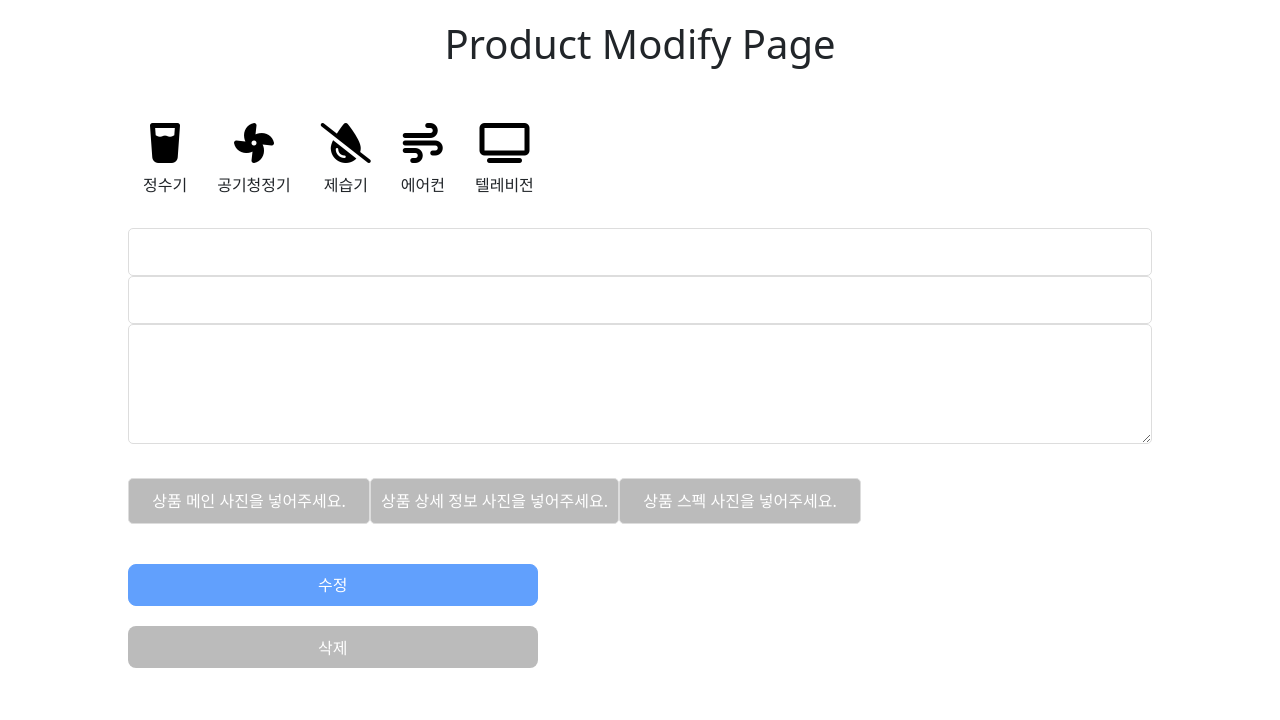
Repository: khr4162/ezen_final
Page: http://localhost/spring/WEB-INF/views/product/modify.jsp
An editor plug-in stored every save of this project. The page is shown before and after the next save, followed by the edit.
The browser window is 1280 px wide. The pictures show the whole page.
Some web libraries are served in a nearby version. The page is served by Tomcat 9. Nobody is signed in. Other server files are loaded and not shown. The template is opened directly, without the code that normally fills it, so the values that code supplies are empty.

Above is the page before, as saved 2023-07-31 05:22:09.

### spring/src/main/webapp/WEB-INF/views/product/modify.jsp
<%@ page language="java" contentType="text/html; charset=UTF-8"
    pageEncoding="UTF-8"%>
<%@ taglib uri="http://java.sun.com/jsp/jstl/core" prefix="c" %>
<%@ taglib uri="http://java.sun.com/jsp/jstl/functions" prefix="fn"%>
<!DOCTYPE html>
<html>
<head>
<meta charset="UTF-8">
<title>Product Modify Page</title>
<link rel="stylesheet" href="/resources/css/product/register.css">
<script src="https://kit.fontawesome.com/e927512ef5.js" crossorigin="anonymous"></script>
<link href="https://cdn.jsdelivr.net/npm/bootstrap@5.3.1/dist/css/bootstrap.min.css" rel="stylesheet" integrity="sha384-4bw+/aepP/YC94hEpVNVgiZdgIC5+VKNBQNGCHeKRQN+PtmoHDEXuppvnDJzQIu9" crossorigin="anonymous">
<script src="https://cdn.jsdelivr.net/npm/bootstrap@5.3.1/dist/js/bootstrap.bundle.min.js" integrity="sha384-HwwvtgBNo3bZJJLYd8oVXjrBZt8cqVSpeBNS5n7C8IVInixGAoxmnlMuBnhbgrkm" crossorigin="anonymous"></script>
</head>
<body>
	<h1>Product Modify Page</h1>
	 <form action="/product/modify" method="post" id="registerForm" class="was-validated" enctype="multipart/form-data">
        <div>
            <ul>
                <li class="product" data-value="정수기">
                    <div>
                        <i class="fa-solid fa-glass-water" style="color: #000000;"></i>
                        <div class="product-name">정수기</div>
                    </div>
                </li>
                <li class="product" data-value="공기청정기">
                    <div>
                        <i class="fa-solid fa-fan" style="color: #000000;"></i>
                        <div class="product-name">공기청정기</div>
                    </div>
                </li>
                <li class="product" data-value="제습기">
                    <div>
                        <i class="fa-solid fa-droplet-slash" style="color: #000000;"></i>
                        <div class="product-name">제습기</div>
                    </div>
                </li>
                <li class="product" data-value="에어컨">
                    <div>
                        <i class="fa-solid fa-wind" style="color: #000000;"></i>
                        <div class="product-name">에어컨</div>
                    </div>
                </li>
                <li class="product" data-value="텔레비전">
                    <div>
                        <i class="fa-solid fa-tv" style="color: #000000;"></i>
                        <div class="product-name">텔레비전</div>
                    </div>
                </li>
            </ul>
        </div>
        <input type="hidden" name="type_a" id="mySelection">
        <p id="type_aError" class="error" style="color: red; display: none;">제품 카테고리를 입력해주세요.</p>
       <br>
       <input name="pno" value="${product.pvo.pno }" type="hidden">
       <input name="pname" value="${product.pvo.pname }" readonly="readonly"> <br><br>
       <p id="pnameError" class="error" style="color: red; display: none;">제품명을 입력해주세요.</p>
       <input id="priceInput" name="price" value="${product.pvo.price }"> <br><br>
       <p id="priceError" class="error" style="color: red; display: none;">숫자만 입력해주세요.</p>
       <textarea name="content" cols="50" rows="10">${product.pvo.content }</textarea> <br>
       <div id="allDiv">
	       <div class="fileDiv">
		       <input type="file" id="files" name="files" style="display: none" class="form-control" aria-label="file example" required> <br>
		       <button type="button" id="trigger">상품 메인 사진을 넣어주세요.</button> <br>
		   	   <c:set value="${product.flist}" var="flist"/>
		       <div id="fileZone">
		    		<li>
		    			<c:forEach items="${flist }" var="file">
		    				<c:if test="${file.fileCategoryNum == 0}">
		        				<img alt="image" src="/upload/${fn:replace(file.save_dir, '\\','/') }/${file.uuid}_th_${file.file_name}">
		        				<button type="button" class="file-x" data-uuid="${file.uuid }">X</button>
		        			</c:if>
		    			</c:forEach>
		    		</li>
				</div>
	    	</div>
		   <div id="fileDiv">
			   <input type="file" id="files1" name="files" style="display: none" class="form-control" aria-label="file example" required> <br>
		       <button type="button" id="trigger1">상품 상세 정보 사진을 넣어주세요.</button> <br>
				 <div id="fileZone1">
		    		<li>
		        		<c:forEach items="${flist }" var="file">
		    				<c:if test="${file.fileCategoryNum == 1}">
		        				<img alt="image" src="/upload/${fn:replace(file.save_dir, '\\','/') }/${file.uuid}_th_${file.file_name}">
		        				<button type="button" class="file-x" data-uuid="${file.uuid }">X</button>
		        			</c:if>
		    			</c:forEach>
		    		</li>
				</div>
			</div>
			<div id="fileDiv">
			   <input type="file" id="files2" name="files" style="display: none" class="form-control" aria-label="file example" required> <br>
		       <button type="button" id="trigger2">상품 스펙 사진을 넣어주세요.</button> <br>
				 <div id="fileZone2">
		    		<li>
		        		<c:forEach items="${flist }" var="file">
		    				<c:if test="${file.fileCategoryNum == 2}">
		        				<img alt="image" src="/upload/${fn:replace(file.save_dir, '\\','/') }/${file.uuid}_th_${file.file_name}">
		        				<button type="button" class="file-x" data-uuid="${file.uuid }">X</button>
		        			</c:if>
		    			</c:forEach>
		    		</li>
				</div>
			</div>
		</div>
       <button onclick="validateButton(event)" id="modBtn" class="btn btn-primary" type="submit" disabled>수정</button>
    </form>
    <div>
		<form action="/product/delete" method="post">
		   <input name="pno" value="${product.pvo.pno }" type="hidden">
	       <button id="delBtn" type="submit">삭제</button>
		</form>
	</div>
	<script type="text/javascript" src="/resources/js/product/productModify.js"></script>
</body>
</html>

### spring/src/main/webapp/resources/css/product/register.css
body {
    font-family: 'Helvetica Neue', Helvetica, Arial, sans-serif;
    margin: 0;
    padding: 0;
    color: #333;
    background-color: #fff;
}

h1 {
    text-align: center;
    padding: 20px 0;
}

form, textarea, button {
    width: 80%;
    margin: 20px auto;
}

input, textarea, #trigger, #trigger1, #trigger2 {
    margin: 10px 0;
    padding: 10px;
    border: 1px solid #ddd;
    border-radius: 5px;
    width: 100%;
    font-size: 16px;
}

textarea {
    height: 120px;
}

ul {
    display: flex;
    flex-wrap: wrap;
    justify-content: space-evenly;
  	padding-left: 0 !important;
}

li {
    list-style: none;
    padding: 10px;
    margin: 5px 5px;
    text-align: center;
    flex-grow: 1;
}

.product-clicked {
    background-color: rgba(128, 128, 128, 0.5);
    padding: 10px;
    border-radius: 5px;
    animation: pop 0.6s;
    margin-top: -10px;
}

@keyframes pop {
    0% { transform: scale(1); }
    50% { transform: scale(1.1); }
    100% { transform: scale(1); }
}

i {
    font-size: 40px;
    display: block;
    margin-bottom: 10px;
    color: #555;
}

button {
    background-color: #bbb;
    color: #fff;
    border: none;
    padding: 10px 20px;
    text-align: center;
    font-size: 16px;
    cursor: pointer;
    border-radius: 5px;
    margin: 20px 0;
    transition: 0.3s;
    min-width: 242px;
    max-width: 440px;
}

button:hover {
    background-color: #999;
}

.center {
    text-align: center;
}

@media (max-width: 768px) {
    form, textarea, button {
        width: 90%;
    }

    i {
        font-size: 30px;
    }
}

#allDiv {
	display: flex;
	justify-content: space-around;
}

.fileDiv {
	flex-direction: column;
	align-items: center;
}

img {
	width: 240px;
	height: 240px;
}

#regBtn {
	display: flex;
	justify-content: center;
	margin: auto;
	width: 100%;
}

#modBtn, #delBtn {
	width: 40%;
	height: 42px;
	border-radius: 8px;
}

form {
    display: flex !important; /* Change to flex */
    justify-content: space-between; /* Add this line */
    flex-wrap: wrap; /* Add this line to wrap the elements if needed */
}

### spring/src/main/webapp/resources/js/product/productModify.js
//삭제
document.addEventListener('click', (e) => {
    if(e.target.classList.contains('file-x')) {
        let uuid = e.target.dataset.uuid;
        console.log(uuid);

        removeFileToServer(uuid).then(result => {
            console.log(result);
            alert('파일삭제' + (parseInt(result) > 0 ? "Success" : "Fail"));
            if(result > 0) {
                e.target.closest('li').remove();
            }
        })

    }
})

async function removeFileToServer(uuid) {
    try {
        const url = '/product/file/' + uuid;
        const config = {
            method: 'delete'
        }
        const resp = await fetch(url, config);
        const result = await resp.text();
        return result;
    } catch (error) {
        console.log(error);
    }
}

//수정
document.getElementById('trigger').addEventListener('click', () => {
    console.log("trigger");
    document.getElementById('files').click();
})

document.getElementById('trigger1').addEventListener('click', () => {
    console.log("trigger1");
    document.getElementById('files1').click();
})

document.getElementById('trigger2').addEventListener('click', () => {
    console.log("trigger2");
    document.getElementById('files2').click();
})

const regExp = new RegExp("\\.(exe|sh|bat|msi|dll|js)$");
const regExpImg = new RegExp("\\.(jpg|jpeg|png|gif|bmp)$");
const maxSize = 1024*1024*20;

function fileSizeValidation(fileName, fileSize) {
    if(regExp.test(fileName)) {
        return 0;
    } else if(fileSize > maxSize) {
        return 0;
    } else {
        return 1;
    }
}

document.addEventListener('change', (e) => {
    console.log(e.target);
    if(e.target.id=='files') {
        document.getElementById('modBtn').disabled=false;
        const fileObject = document.getElementById('files').files;
        console.log(fileObject);

        let div = document.getElementById('fileZone');
        div.innerHTML = '';
        let ul = `<ul>`;
        let isOk = 1;
        for(let file of fileObject) {
            console.log(file);
            let validResult = fileSizeValidation(file.name, file.size);
            isOk*=validResult;
            ul += `<li>`;
            ul += `${validResult ? '<div>업로드 가능':'<div>업로드 불가능'}</div>`;
            ul += `${file.name}`;
            ul += `<span class="badge rounded-pill text-bg-${validResult?'success':'danger'}">${file.size}Bytes</span></li>`;
        }
        ul += `</ul>`;
        div.innerHTML = ul;
        if(isOk==0) {
            document.getElementById('modBtn').disabled = true;
        }

    }
})

document.addEventListener('change', (e) => {
    console.log(e.target);
    if(e.target.id=='files1') {
        document.getElementById('modBtn').disabled=false;
        const fileObject = document.getElementById('files1').files;
        console.log(fileObject);

        let div1 = document.getElementById('fileZone1');
        div1.innerHTML = '';
        let ul = `<ul>`;
        let isOk = 1;
        for(let file of fileObject) {
            console.log(file);
            let validResult = fileSizeValidation(file.name, file.size);
            isOk*=validResult;
            ul += `<li>`;
            ul += `${validResult ? '<div>업로드 가능':'<div>업로드 불가능'}</div>`;
            ul += `${file.name}`;
            ul += `<span class="badge rounded-pill text-bg-${validResult?'success':'danger'}">${file.size}Bytes</span></li>`;
        }
        ul += `</ul>`;
        div1.innerHTML = ul;
        if(isOk==0) {
            document.getElementById('modBtn').disabled = true;
        }

    }
})

document.addEventListener('change', (e) => {
    console.log(e.target);
    if(e.target.id=='files2') {
        document.getElementById('modBtn').disabled=false;
        const fileObject = document.getElementById('files2').files;
        console.log(fileObject);

        let div1 = document.getElementById('fileZone2');
        div1.innerHTML = '';
        let ul = `<ul>`;
        let isOk = 1;
        for(let file of fileObject) {
            console.log(file);
            let validResult = fileSizeValidation(file.name, file.size);
            isOk*=validResult;
            ul += `<li>`;
            ul += `${validResult ? '<div>업로드 가능':'<div>업로드 불가능'}</div>`;
            ul += `${file.name}`;
            ul += `<span class="badge rounded-pill text-bg-${validResult?'success':'danger'}">${file.size}Bytes</span></li>`;
        }
        ul += `</ul>`;
        div1.innerHTML = ul;
        if(isOk==0) {
            document.getElementById('modBtn').disabled = true;
        }

    }
})

window.onload = function(){
    var products = document.querySelectorAll('.product');
    products.forEach(function(product){
        product.addEventListener('click', function(e){
            // remove product-clicked from all products
            products.forEach(function(prod){
                prod.firstElementChild.classList.remove('product-clicked');
            });

            // add product-clicked to the clicked product
            e.currentTarget.firstElementChild.classList.add('product-clicked');

            // update the hidden input with the data-value of the clicked product
            document.getElementById('mySelection').value = e.currentTarget.dataset.value;
        });
    });
}

function validateButton(event) {
    var type_aInput = document.querySelector('input[name="type_a"]');
    var type_aError = document.getElementById("type_aError");
    var pnameInput = document.querySelector('input[name="pname"]');
    var pnameError = document.getElementById("pnameError");
    var priceInput = document.querySelector('input[name="price"]');
    var priceError = document.getElementById("priceError");
    var contentTextarea = document.querySelector('textarea[name="content"]');
    var isFormValid = true; // 폼 유효성 검사 결과
    console.log(isFormValid);
    if (type_aInput.value.trim() === "") {
        isFormValid = false;
        type_aError.style.display = "block";
    } else {
        type_aError.style.display = "none";
    }

    if (pnameInput.value.trim() === "") {
        isFormValid = false;
        pnameError.style.display = "block";
    } else {
        pnameError.style.display = "none";
    }

    if (priceInput.value.trim() === "" || isNaN(priceInput.value)) {
        isFormValid = false;
        priceError.style.display = "block";
    } else {
        priceError.style.display = "none";
    }

    if (contentTextarea.value.trim() === "") {
        isFormValid = false;
    }

    console.log(isFormValid);
    // 폼 전송 막기
    if (!isFormValid) {
        event.preventDefault();
    }
}

After the next save:
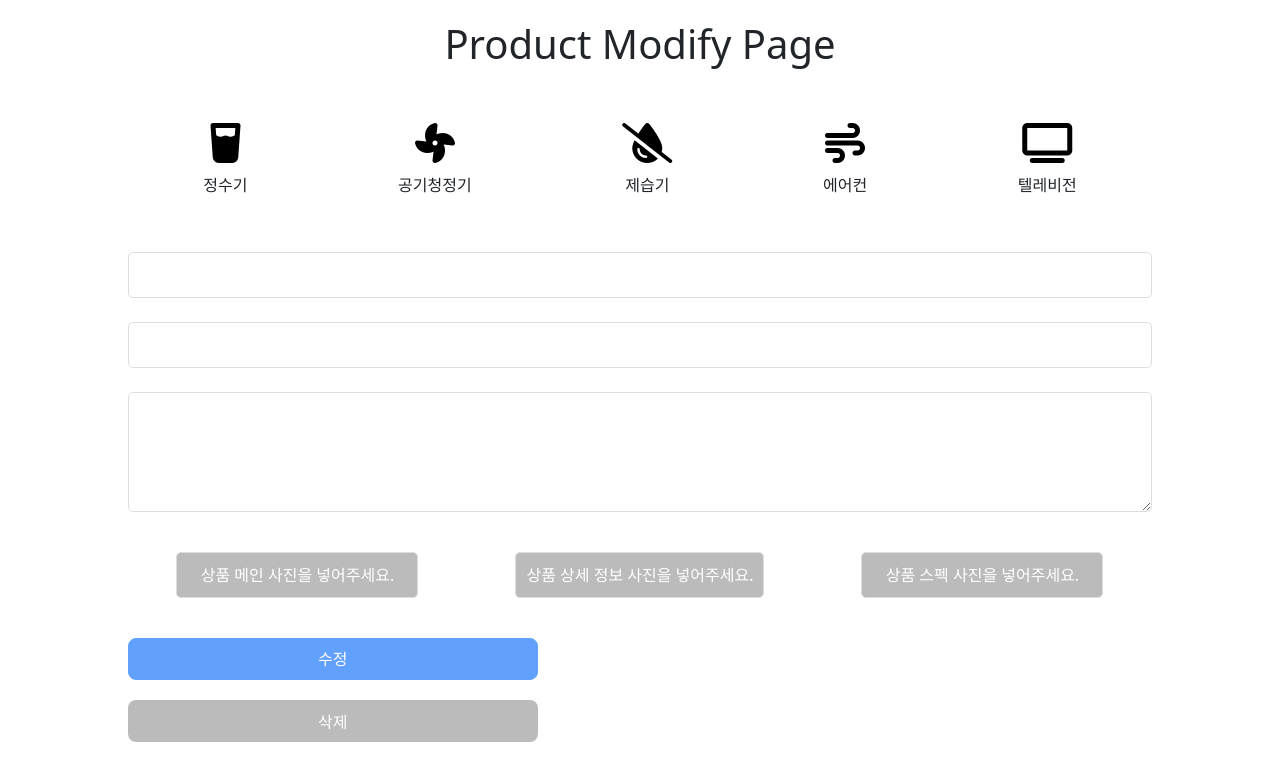
Saved 8 s later.
--- a/spring/src/main/webapp/resources/css/product/register.css
+++ b/spring/src/main/webapp/resources/css/product/register.css
@@ -125,9 +125,3 @@ img {
 	height: 42px;
 	border-radius: 8px;
 }
-
-form {
-    display: flex !important; /* Change to flex */
-    justify-content: space-between; /* Add this line */
-    flex-wrap: wrap; /* Add this line to wrap the elements if needed */
-}
